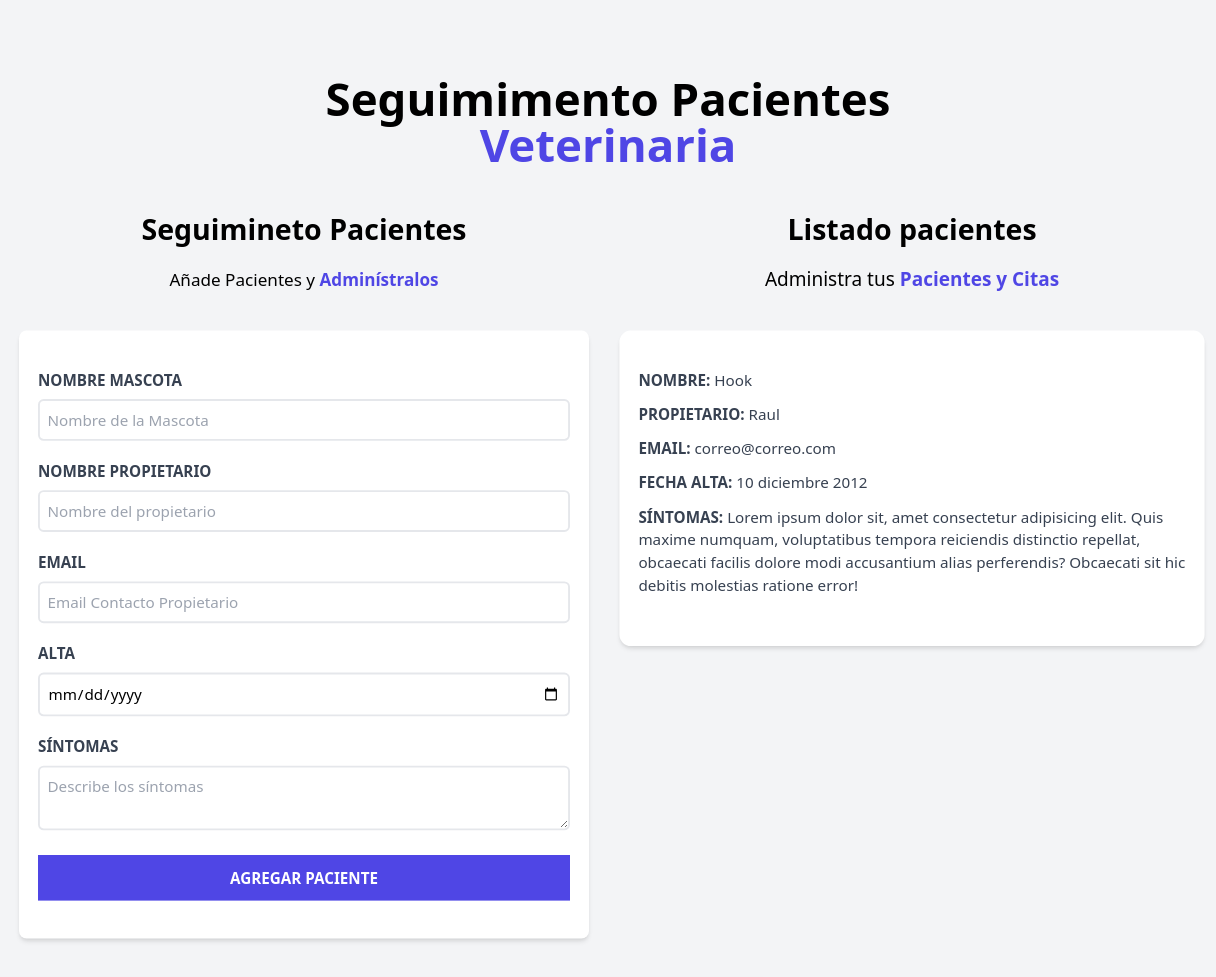
Repository: rlaureano/citas_react
Page: /
These files come from the project's save history. The page is drawn as it stood at one moment and after the next save; the edit follows.
The browser window is 1280 px wide. The pictures show the whole page, at 95% of full size.
The project was rebuilt for these pictures with package versions that can differ from the ones it lists, and the page was loaded fresh each time. Also part of the build but not shown: vite.config.js.

Above is the page before, as saved 2022-01-12 21:40:26.

After the next save:
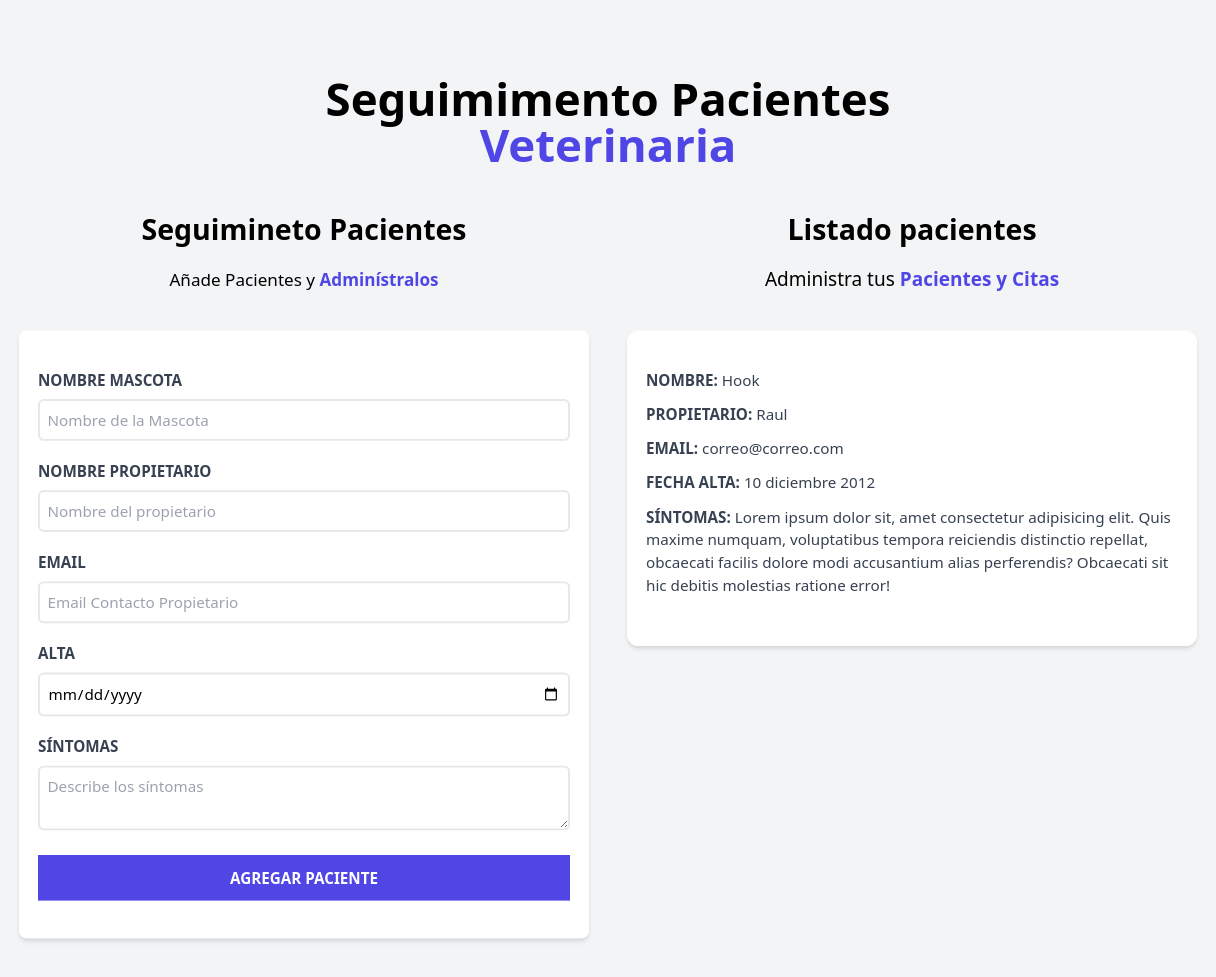
Saved 20 s later.
--- a/src/components/Paciente.jsx
+++ b/src/components/Paciente.jsx
@@ -3,7 +3,7 @@ import React from 'react'
 const Paciente = () => {
   return (
     <div>
-      <div className="m-3 bg-white shadow-md px-5 py-10 rounded-xl">
+      <div className="mx-5 bg-white shadow-md px-5 py-10 rounded-xl">
         <p className="font-bold mb-3 text-gray-700 uppercase">
           Nombre: {''}
           <span className="font-normal normal-case">Hook</span>
